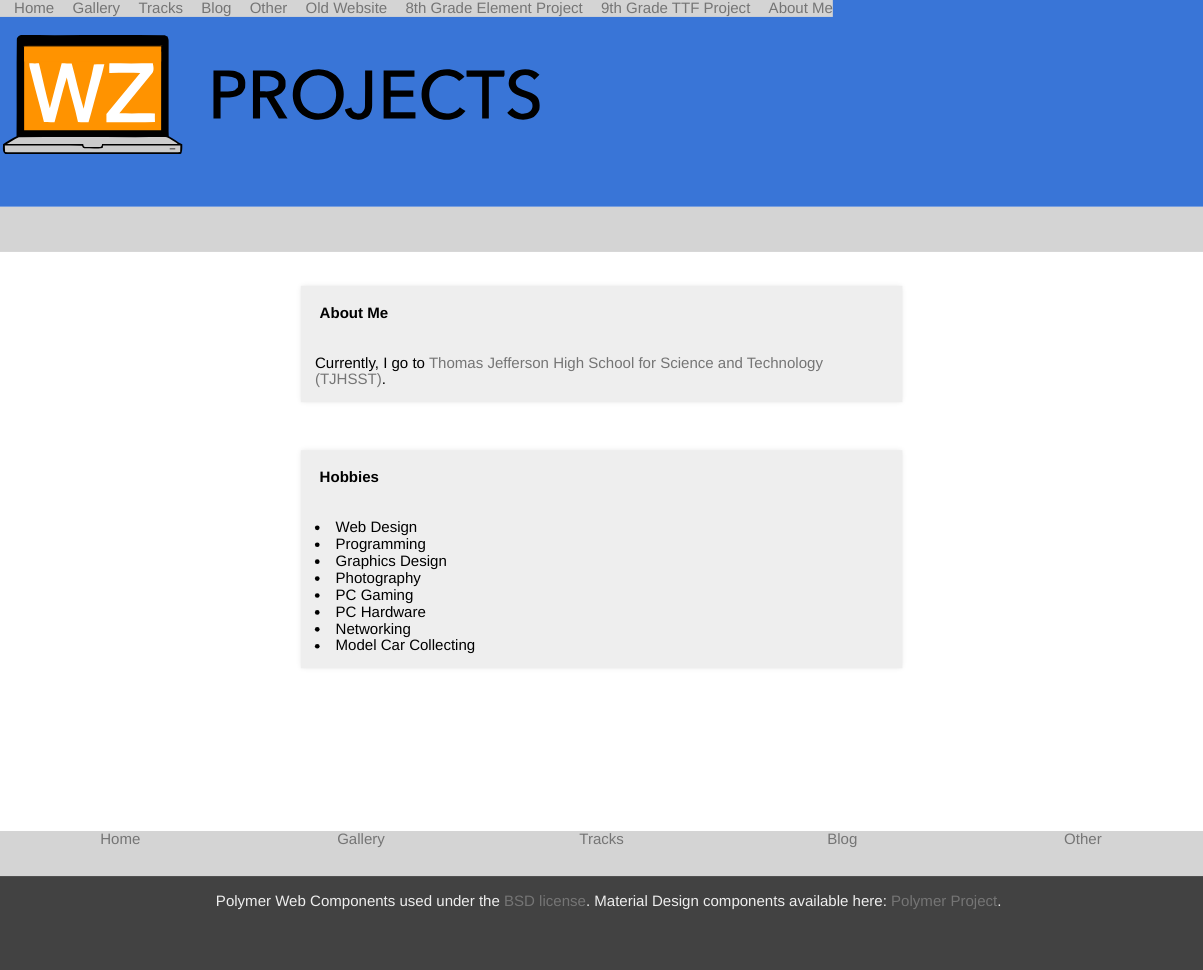
Repository: willzhang05/willzhang05.github.io-old
Page: about.html
The author's editor kept a record of every edit. The page is drawn from the files as they stood at one moment, then again after the next edit.
The browser window is 1280 px wide. The pictures show the whole page, at 94% of full size.

Above is the page before.

### about.html
<!DOCTYPE html>
<html>
	<head>
		<meta property="og:image" content="images/WZProjectslogo-vector.svg"/>
		<meta property="og:image:secure_url" content="images/WZProjectslogo-vector.svg"/>
		<meta charset="UTF-8">
		<meta name="description" content="William Zhang Projects">
		<meta name="author" content="William Zhang">
		<meta name=viewport content="width=device-width, initial-scale=1">
		<link rel="icon" type="image/png" href="images/favicon-image.png">
		<link rel="stylesheet" href="main-style.css">
		<link rel="import" href="bower_components/polymer/polymer.html">
		<link rel="import" href="bower_components/paper-ripple/paper-ripple.html">
		<link rel="import" href="bower_components/core-icons/core-icons.html">
		<link rel="import" href="bower_components/font-roboto/roboto.html">
		<link rel="import" href="bower_components/core-icon-button/core-icon-button.html">
		<link rel="import" href="bower_components/core-drawer-panel/core-drawer-panel.html">
		<link rel="import" href="bower_components/paper-elements/paper-elements.html">
		<link rel="import" href="bower_components/core-menu/core-menu.html">
		<link rel="import" href="bower_components/paper-shadow/paper-shadow.html">
	</head>
	<title>
		About - WZProjects
	</title>
	<body>
		<core-drawer-panel responsiveWidth="1920px">
			<div id="drawer" drawer>
				<paper-item>
					<a class="links" href="http://willzhang05.github.io">
						Home
					</a>
				</paper-item>
				<paper-item>
					<a class="links" href="http://willzhang05.github.io/gallery">
						Gallery
					</a>
				</paper-item>
				<paper-item>
					<a class="links" href="http://willzhang05.github.io/tracks">
						Tracks
					</a>
				</paper-item>
				<paper-item>
					<a class="links" href="http://thewiztechblog.blogspot.com/">
						Blog
					</a>
				</paper-item>
				<paper-item>
					<a class="links" href="http://willzhang05.github.io/other">
						Other
					</a>
				</paper-item>
				<paper-item>
					<a class="links" href="http://williamzhangprojects.weebly.com/">
						Old Website
					</a>
				</paper-item>
				<paper-item>
					<a class="links" href="http://aluminumelementresearchproject.weebly.com/">
						8th Grade Element Project
					</a>
				</paper-item>
				<paper-item>
					<a class="links" href="http://willzhang05.github.io/bower_components/impress.js/">
						9th Grade TTF Project
					</a>
				</paper-item>
				<paper-item>
					<a class="links" href="http://willzhang05.github.io/about">
						About Me
					</a>
				</paper-item>
	        </div>
			<div id="wrapper" main>
				<paper-shadow>
					<div id="header-wrapper">
						<div id="header-banner">
							<div id="logo-wrapper">
								<a href="http://willzhang05.github.io">
									<img src="images/WZProjectslogo-vector.svg" width="100%" height="100%" alt="WZProjects"/>
								</a>
							</div>
						</div>
						<div id="header-navbar">
							<paper-icon-button style="margin:4px" icon="menu" core-drawer-toggle>
							</paper-icon-button>
						</div>
					</div>
				</paper-shadow>
				<div id="content">
					<paper-shadow z="1">
						<div class="card">
							<h1>About Me</h1>
							<div class="description">
								Currently, I go to
								<a class="source" href="http://www.tjhsst.edu/" target="_blank">Thomas Jefferson High School for Science and Technology (TJHSST)</a>.
							</div>
							<!--<div class="description">
								Zurzeit, gehe ich zu
								<a class="source" href="http://www.tjhsst.edu/" target="_blank">Thomas Jefferson Gymnasium für Wissenschaft und Technik (TJHSST)</a>.
							</div>
							<div class="description">
								目前, 我在
								<a class="source" href="http://www.tjhsst.edu/" target="_blank">“Thomas Jefferson High School for Science and Technology" (TJHSST)</a>
								上学.
							</div>-->
						</div>
					</paper-shadow>
					<paper-shadow z="1">
						<div class="card">
							<h1>Hobbies</h1>
							<div class="description">
								<li>
									Web Design
								</li>
								<li>
									Programming
								</li>
								<li>
									Graphics Design
								</li>
								<li>
									Photography
								</li>
								<li>
									PC Gaming
								</li>
								<li>
									PC Hardware
								</li>
								<li>
									Networking
								</li>
								<li>
									Model Car Collecting
								</li>
							</div>
						</div>
					</paper-shadow>
				</div>
				<paper-shadow>
					<div id="footer">
						<paper-shadow z="1">
							<div class="categories">
								<paper-item style="width:20%; float:left; text-align:center;">
									<a class="links" href="http://willzhang05.github.io">
										Home
									</a>
								</paper-item>
								<paper-item style="width:20%; float:left; text-align:center;">
									<a class="links" href="http://willzhang05.github.io/gallery">
										Gallery
									</a>
								</paper-item>
								<paper-item style="width:20%; float:left; text-align:center;">
									<a class="links" href="http://willzhang05.github.io/tracks">
										Tracks
									</a>
								</paper-item>
								<paper-item style="width:20%; float:left; text-align:center;">
									<a class="links" href="http://thewiztechblog.blogspot.com">
										Blog
									</a>
								</paper-item>
								<paper-item style="width:20%; float:left; text-align:center;">
									<a class="links" href="http://willzhang05.github.io/other">
										Other
									</a>
								</paper-item>
							</div>
						</paper-shadow>
						<paper-shadow z="1">
							<div class="attribution">
								<br/>
								<span style="margin-left:15px; display:inline-block;">
									Polymer Web Components used under the
									<a class="source" href="http://polymer.github.io/LICENSE.txt" target="_blank">BSD license</a>.
									Material Design components available here:
									<a class="source" href="http://www.polymer-project.org/" target="_blank">Polymer Project</a>.
								</span>
							</div>
						</paper-shadow>
					</div>
				</paper-shadow>
			</div>
		</core-drawer-panel>
	</body>
</html>

### main-style.css
/*http://meyerweb.com/eric/tools/css/reset/*/

html, body, div, span, applet, object, iframe,
h2, h3, h4, h5, h6, p, blockquote, pre,
a, abbr, acronym, address, big, cite, code,
del, dfn, em, img, ins, kbd, q, s, samp,
small, strike, strong, sub, sup, tt, var,
b, u, i, center,
dl, dt, dd, ol, ul, li,
fieldset, form, label, legend,
table, caption, tbody, tfoot, thead, tr, th, td,
article, aside, canvas, details, embed,
figure, figcaption, footer, header, hgroup,
menu, nav, output, ruby, section, summary,
time, mark, audio, video {
    margin: 0;
    padding: 0;
    border: 0;
    font-size: 100%;
    font: inherit;
    vertical-align: baseline;
}

body {
	width: 100%;
	font-family: RobotoDraft, Helvetica Neue, Helvetica, sans-serif;
	-webkit-user-select: none;
    -moz-user-select: none;
    -ms-user-select: none;
    user-select: none;
    -webkit-tap-highlight-color: rgba(0,0,0,0);
    -webkit-touch-callout: none;
}

a {
	color: #757575;
	text-decoration: none;
	-webkit-transition: all 0.2s ease;
  	-moz-transition: all 0.2s ease;
  	-ms-transition: all 0.2s ease;
  	-o-transition: all 0.2s ease;
   	transition: all 0.2s ease;
}

.links:hover {
	color: black;
	font-weight: bold;
}

.source:hover {
	color: black;
	text-decoration: underline;
}

h1 {
	font-size: 16px;
	margin: 5px;
}

#drawer {
	position: absolute;
	z-index: 1;
	background-color: #D4D4D4;
}

#drawer > paper-item > .links {
	margin-left:15px;
}


#wrapper {
	min-height: 100%;
	position: relative;
	overflow-y:scroll;
    z-index: 0;
    top: 0;
    left: 0;
    -webkit-transition: all 0.3s;
    -moz-transition: all 0.3s;
    -ms-transition: all 0.3s;
    -o-transition: all 0.3s;
    transition: all 0.3s;
}

#header-wrapper {
	height:268px;
	/*background:linear-gradient(#FF6D00, rgb(57,117,215));*/
}

#header-banner {
	min-width:100%;
	height: 220px;
	float: left;
	clear: both;
	background-color: rgb(57,117,215);
}

#logo-wrapper {
	max-width:640px;
	max-height:100%;
}

#header-navbar {
	min-width:100%;
	height: 48px;
	float:left;
	clear: both;
	background-color:#D4D4D4 /*#1976D2*/;
	/*-webkit-box-shadow: 0 0 6px rgba(0,0,0,0.1);
	box-shadow: 0 0 6px rgba(0,0,0,0.1);*/
}

.sidebar {
	height: 500px;
	float: left;
	margin-bottom: 0px;
	background-color: #EEEEEE;
	/*-webkit-box-shadow: 0 0 6px rgba(0,0,0,0.1);
	box-shadow: 0 0 6px rgba(0,0,0,0.1);*/
	overflow-y: auto;
	position: relative;
}

#content {
	overflow: hidden;
	padding-top: 10px;
   	padding-bottom: 148px;
}

.card {
	cursor: pointer;
	width: 50%;
	margin-top: 2%;
	margin-bottom: 2%;
	margin-left: 25%;
	float: left;
	overflow: hidden;
	background-color: #EEEEEE;
	-webkit-box-shadow: 0 0 6px rgba(0,0,0,0.1);
	box-shadow: 0 0 6px rgba(0,0,0,0.1);
	-webkit-transition: all 0.3s ease;
  	-moz-transition: all 0.3s ease;
  	-ms-transition: all 0.3s ease;
  	-o-transition: all 0.3s ease;
   	transition: all 0.3s ease;

}

.card > h1 {
	padding: 15px;
}

.card:hover {
	box-shadow: 0 2px 10px 0 rgba(0, 0, 0, 0.16), 0 2px 5px 0 rgba(0, 0, 0, 0.26);
	margin-top: 1.75%;
	margin-bottom: 2.25%;
}

.card .description {
	padding: 15px;
}

.card .image, .video, .music {
	padding-left: 17.5%;
	padding-right: 17.5%;
	border:none;
}

#footer {
	width: 100%;
	height: 148px;
	overflow: hidden;
	clear: both;
	bottom: 0;
	left: 0;
}

.categories {
	width: 100%;
	height: 48px;
	overflow: hidden;
	background-color: #D4D4D4;
	/*-webkit-box-shadow: 0 0 6px rgba(0,0,0,0.1);
	box-shadow: 0 0 6px rgba(0,0,0,0.1);*/
	/*position:fixed;
	top:95%;*/
}

.attribution {
	width: 100%;
	height: 100px;
	overflow: hidden;
	background-color: #424242;
	color: #EEEEEE;
	text-align: center;
}

.test {
	color: black;
}

After the next edit:
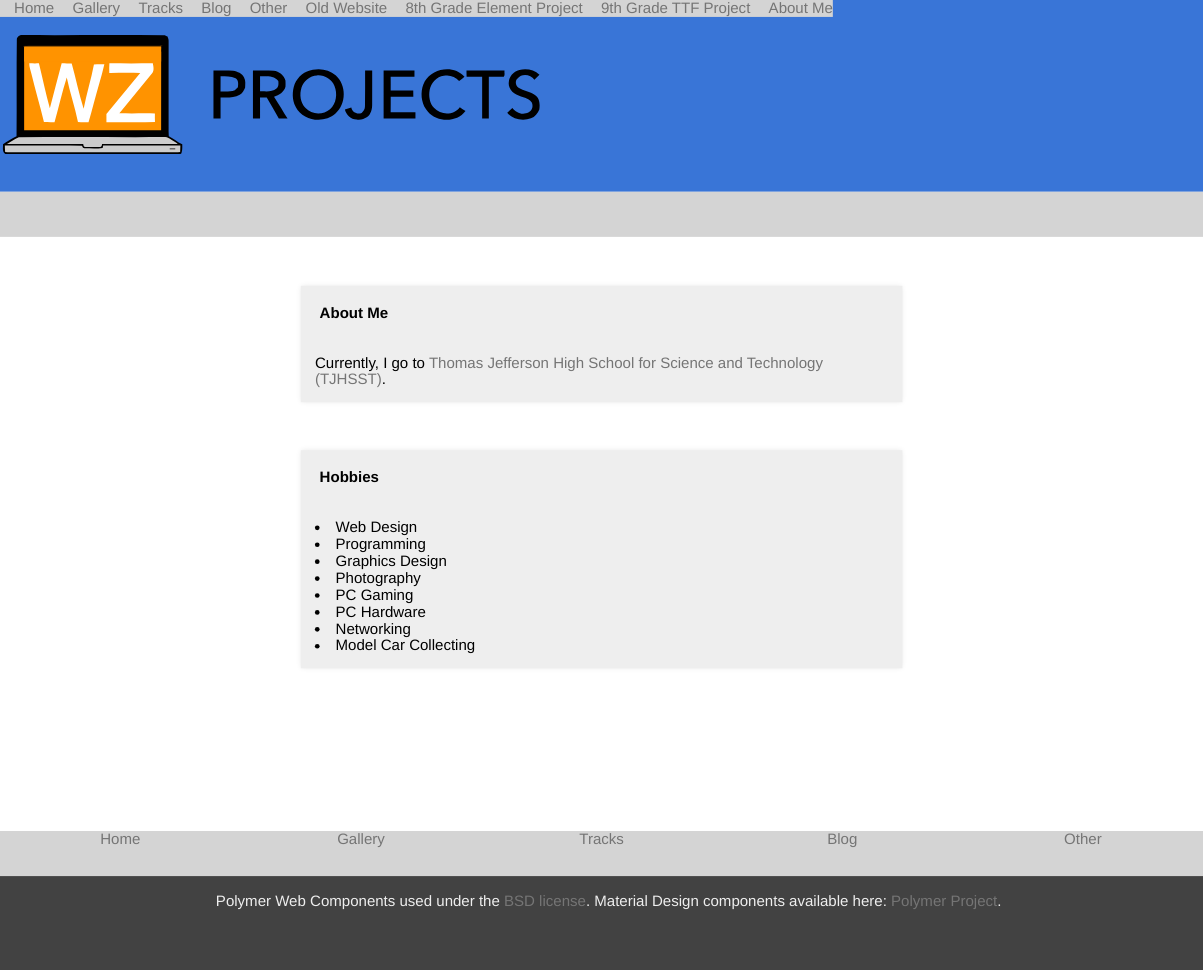
The edit:
--- a/main-style.css
+++ b/main-style.css
@@ -89,7 +89,7 @@ h1 {
 
 #header-banner {
 	min-width:100%;
-	height: 220px;
+	max-height: 220px;
 	float: left;
 	clear: both;
 	background-color: rgb(57,117,215);
